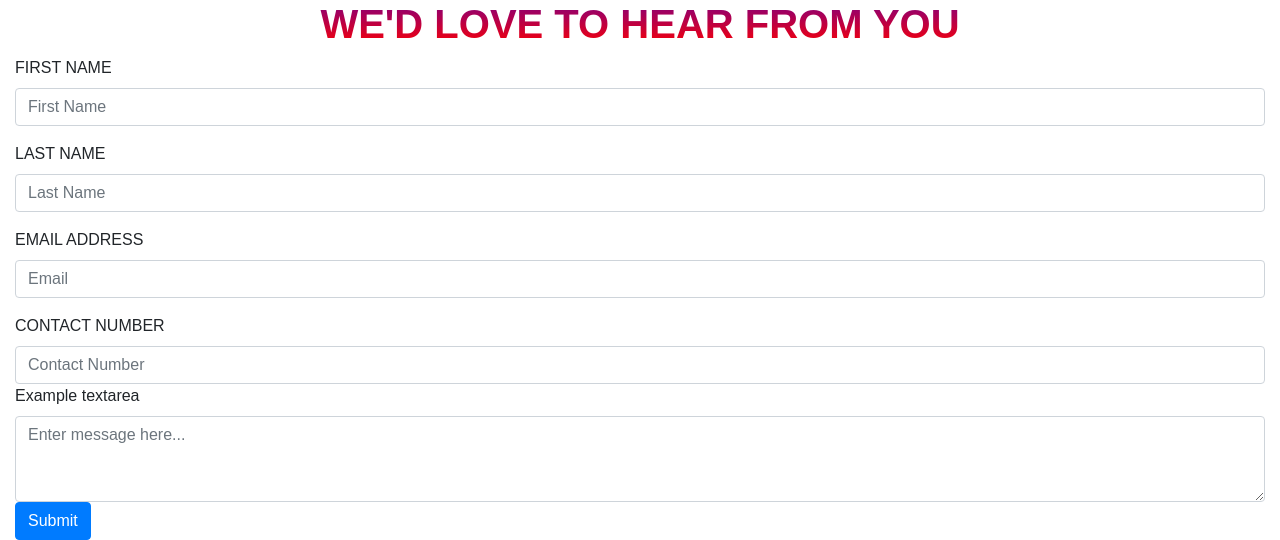
Repository: KJY93/User_Centric_Frontend_Development_Project
Page: contact.html
The author's editor kept a record of every edit. The page is drawn from the files as they stood at one moment, then again after the next edit.
The browser window is 1280 px wide. The pictures show the part of the page from y = 263 to 819 px (the page is 803 px tall before and 819 px after).
Some web fonts or font styles are not loaded; a fallback is used. Some web libraries are served in a nearby version.

Above is the page before.

### contact.html
<!DOCTYPE html>
<html lang="en-US">
	<head>
	    <meta charset="UTF-8">
	    <meta name="viewport" content="width=device-width, initial-scale=1.0">
	    <meta http-equiv="X-UA-Compatible" content="ie=edge">
	    <title>Shape Shifters | Our Clubs</title>

		<!-- Google Fonts -->
	    <link href="https://fonts.googleapis.com/css?family=Cute+Font&display=swap" rel="stylesheet">

	    <!-- Logo -->
	    <link rel="icon" href="static/fitness-logo.ico">

	    <!-- Bootstrap CSS -->
	    <link rel="stylesheet" href="https://stackpath.bootstrapcdn.com/bootstrap/4.3.1/css/bootstrap.min.css" integrity="sha384-ggOyR0iXCbMQv3Xipma34MD+dH/1fQ784/j6cY/iJTQUOhcWr7x9JvoRxT2MZw1T" crossorigin="anonymous">

	    <!-- External CSS StyleSheet -->
		<link rel="stylesheet" type="text/css" href="static/styles.css">

		<!-- Bootstrap JS -->
	    <script src="https://code.jquery.com/jquery-3.3.1.slim.min.js" integrity="sha384-q8i/X+965DzO0rT7abK41JStQIAqVgRVzpbzo5smXKp4YfRvH+8abtTE1Pi6jizo" crossorigin="anonymous"></script>
	    <script src="https://cdnjs.cloudflare.com/ajax/libs/popper.js/1.14.7/umd/popper.min.js" integrity="sha384-UO2eT0CpHqdSJQ6hJty5KVphtPhzWj9WO1clHTMGa3JDZwrnQq4sF86dIHNDz0W1" crossorigin="anonymous"></script>
	    <script src="https://stackpath.bootstrapcdn.com/bootstrap/4.3.1/js/bootstrap.min.js" integrity="sha384-JjSmVgyd0p3pXB1rRibZUAYoIIy6OrQ6VrjIEaFf/nJGzIxFDsf4x0xIM+B07jRM" crossorigin="anonymous"></script>

	    <!-- Font Awesome -->
	    <script src="https://kit.fontawesome.com/3df94da5fe.js"></script>
	</head>
	<body>
	    <main>
	        <!-- Navbar -->
			<nav class="navbar navbar-expand-md navbar-dark bg-danger">
			  	<a class="navbar-brand" href="#"><i class="fas fa-home"></i></a>
			  	<button class="navbar-toggler" type="button" data-toggle="collapse" data-target="#navbarNav">
			    <span class="navbar-toggler-icon"></span>
			  	</button>
			  	<div class="collapse navbar-collapse" id="navbarNav">
			    	<ul class="navbar-nav ml-auto">
			      		<li class="nav-item">
			        		<a class="nav-link" href="#">Clubs</a>
			      		</li>
			      		<li class="nav-item">
			        		<a class="nav-link" href="#">Timetables</a>
			      		</li>
			    	</ul>

			    	<ul class="navbar-nav ml-auto">
			      		<li class="nav-item">
			        		<a class="nav-link" href="#">Contact Us</a>
			      		</li>
			    	</ul>
			  	</div>
			</nav>

			<!-- Timetables background -->
			<div id="contact-us-background"></div>

			<!-- Contact Us Header-->
			<div>
				<h1 class="club-header contact-us"><strong>WE'D LOVE TO HEAR FROM YOU</strong></h1>
			</div>

			<div class="container-fluid">

                <form method="post" action="">
                    <div class="form-group">
                        <div class="form-attribute"><label class="form-attribute" for="firstname">FIRST NAME</label></div>
                        <input type="text" class="form-control" id="firstname" placeholder="First Name">
                    </div>

                    <div class="form-group">
                        <div class="form-attribute"><label for="lastname">LAST NAME</label></div>
                        <input type="text" class="form-control" id="lastname" placeholder="Last Name">
                    </div>

                    <div class="form-group">
                        <div class="form-attribute"><label for="email-address">EMAIL ADDRESS</label></div>
                        <input type="email" class="form-control" id="email-address" placeholder="Email">
                    </div>

                    <div class="form-group">
                        <div class="form-attribute"><label for="contact-number">CONTACT NUMBER</label>
                        <input type="text" class="form-control" id="contact-number" placeholder="Contact Number">
                    </div>

                    <div class="form-group">
                        <div class="form-attribute"><label for="message-field">Example textarea</label>
                        <textarea class="form-control" id="message-field" rows="3" placeholder="Enter message here..."></textarea>
                    </div>

                    <div class="generic-submit-btn-container"><button type="submit" class="btn btn-primary">Submit</button></div>
                </form>

			</div>

	   </main>
	</body>
</html>

### static/styles.css
body, html {
	height: 100%;
}

body {
	font-family: 'Cute Font', cursive, sans-serif;
}

#subscription {
  background: transparent;
  border: none;
  border-bottom: 1px solid #a9a9a9;
  box-shadow: none;
  border-radius: 0;
}

.iframe-video-size {
	width: 300px;
	height: 320px;
}

.social-media-logo {
	margin-right: 5px;
}

.separator {
	margin-bottom: 10px;
	height: 2px;
	width: 30px;
	background: rgb(255, 0, 0);
	z-index: 1;
}

.row {
	margin-left: 0;
	margin-right: 0;
}

#advert > h1 {
	color: #ffffff;
}

#signup-link {
	color: #ffffff;
}

input[type="email"] {
 	font-size: 1em;
}

.col-sm-12, .col-md-6, .nav-link, #signup-link {
	font-size: 1.3em;
}

.link-deco:link {
	text-decoration: none;
}

.link-deco:hover {
	font-size:120%;
}

.link-font-color, button > .link-deco:hover {
	color: #ffffff;
}

.box2, .box3 {
	background: rgba(255,117,117,0.1);
}

.button-container, p, .challenge-container, #signup-container, .box3, .box2 {
	text-align: center;
}

#divider {
	width: 100%;
	border: 1px solid black;
}

footer {
	padding-top: 35px;
	padding-bottom: 35px;
	background: rgba(0, 0, 0);
	color: #ffffff;
}

.box1 {
	background:url('../static/background-mobile.jpg');
	background-repeat: no-repeat;
	background-size: 100% 100%;
	height: 400px;
	display: flex;
	align-items: center;
	justify-content: center;
}

/*https://codepen.io/adamjohnson/pen/aokGt*/
/* Skew button design adapted from the above codepen project*/
.submit-btn {
	color: #fff;
	background: #ff0000;
	font-weight: 700;
	text-align: center;
	text-decoration: none;
	border: 0;
	outline: 0;
	font-size: 1.2rem;
	padding: 12px 35px;
	display: inline-block;
	transform: skew(-21deg);
	border-radius: 0;
}

.input-field-container {
	display: flex;
	flex-direction: row;
}

.submit-btn:hover {
	background: #0069a8;
}

span {
	display: inline-block; /* change to inline-block so that the text can be un-skewed*/
}

.submit-btn > span {
	-webkit-transform: skew(21deg);  /* Un-skew the text */
}

.btn-group {
	padding-left: 15px;
}

.flag-logo {
	padding-right: 10px;
}

#club-header-background {
	background:url('../static/bodycombat.jpg');
	background-repeat: no-repeat;
	background-size: 100% 100%;
	height: 200px;
}

.club-header {
	text-align: center;
	background: linear-gradient(to top, #ff0000 , #800080);
	-webkit-background-clip: text;
	-webkit-text-fill-color: transparent;
	font-size: 2.5em;
}

.location {
	display: flex;
	flex-direction: column;
	justify-content: center;
	align-items: center;
	color: #ffffff;
	margin-bottom: 20px;
}

.location:link {
	text-decoration: none;
}

.location:hover {
	opacity: 0.8;
}

.location:hover .location-name, .location:hover .club-info {
	background: linear-gradient(to top, #ff0000 , #ff9800);
	-webkit-background-clip: text;
	-webkit-text-fill-color: transparent;
}

.location-name {
	font-size: 2.3em;
}

.club-info {
	font-size: 1.2em;
	border: 1px solid #ffffff;
	padding-left: 20px;
	padding-right: 20px;
	border-radius: 20px;
}

#location-image-1 {
	background:url('../static/paragon.jpg');
    background-size: 100% 100%;
    background-repeat: no-repeat;
    background-position: center;
	border-radius: 10px;
	height: 250px;
}

#location-image-2 {
	background:url('../static/clarke-quay.jpg');
    background-size: 100% 100%;
    background-repeat: no-repeat;
    background-position: center;
	border-radius: 10px;
	height: 250px;
}

#location-image-3 {
	background:url('../static/tanjongpagar.jpg');
    background-size: 100% 100%;
    background-repeat: no-repeat;
    background-position: center;
	border-radius: 10px;
	height: 250px;
}

#location-image-4 {
	background:url('../static/vivocity.jpg');
    background-size: 100% 100%;
    background-repeat: no-repeat;
    background-position: center;
	border-radius: 10px;
	height: 250px;
}

#location-image-5 {
	background:url('../static/rafflesplace.jpg');
    background-size: 100% 100%;
    background-repeat: no-repeat;
    background-position: center;
	border-radius: 10px;
	height: 250px;
}

#location-image-6 {
	background:url('../static/rafflesmall.jpg');
    background-size: 100% 100%;
    background-repeat: no-repeat;
    background-position: center;
	border-radius: 10px;
	height: 250px;
}

#timetables-header-background {
	background:url('../static/groupyoga.jpg');
	background-repeat: no-repeat;
	background-size: 100% 100%;
	height: 250px;
}

/* override text alignment and font-size*/
.table {
	text-align: center;
	font-size: 1.3rem;
}

#contact-us-background {
	background:url('../static/reachout.jpg');
	background-repeat: no-repeat;
	background-size: 100% 100%;
	height: 200px;
}

/* for extra small device */
@media (max-width: 400px) {
	.iframe-video-size {
	width: 260px;
	height: 320px;
	}

	#club-header-background {
		height: 160px;
	}

	.club-header {
		font-size: 2.0em;
	}

	.location-name {
		font-size: 2.0em;
	}

	.club-info {
		font-size: 1.0em;
	}

	.contact-us {
		font-size: 1.5em;
	}
}

/* for medium screen device */
@media (min-width: 768px) and (max-width: 991.98px) {
	.box1 {
		background:url('../static/background.jpg');
		background-repeat: no-repeat;
		height: 550px;
		background-size: 100% 100%;
	}

	.box2 {
		text-align: center;
	}

	.btn-group {
		padding-left: 0;
	}

	.iframe-video-size {
		width: 340px;
		height: 320px;
	}

	#timetables-header-background {
		height: 450px;
	}

	.table {
		font-size: 1.8rem;
	}
}

/* for large screen device */
@media (min-width: 992px) {
	.box1 {
		height: 600px;
	}

	.btn-group {
		padding-left: 0;
	}

	.submit-btn {
		padding: 3px 35px;
	}

	.iframe-video-size {
		width: 470px;
		height: 320px;
	}

	#club-header-background {
		height: 376px;
	}

	#timetables-header-background {
		height: 600px;
	}
}

After the next edit:
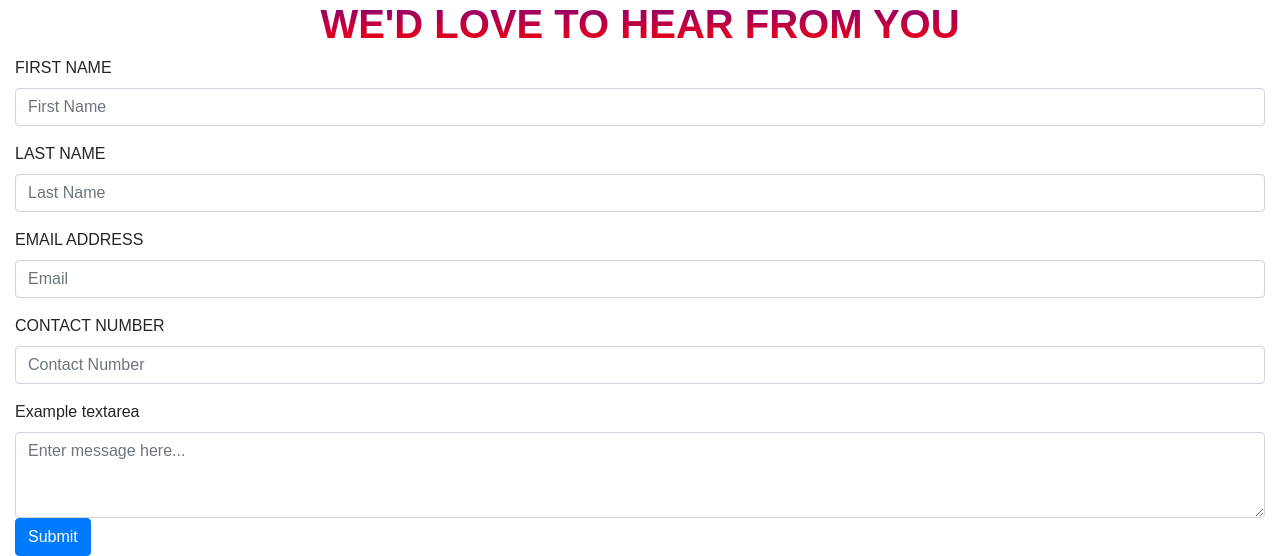
The edit:
--- a/contact.html
+++ b/contact.html
@@ -79,7 +79,7 @@
                     </div>
 
                     <div class="form-group">
-                        <div class="form-attribute"><label for="contact-number">CONTACT NUMBER</label>
+                        <div class="form-attribute"><label for="contact-number">CONTACT NUMBER</label></div>
                         <input type="text" class="form-control" id="contact-number" placeholder="Contact Number">
                     </div>
 
